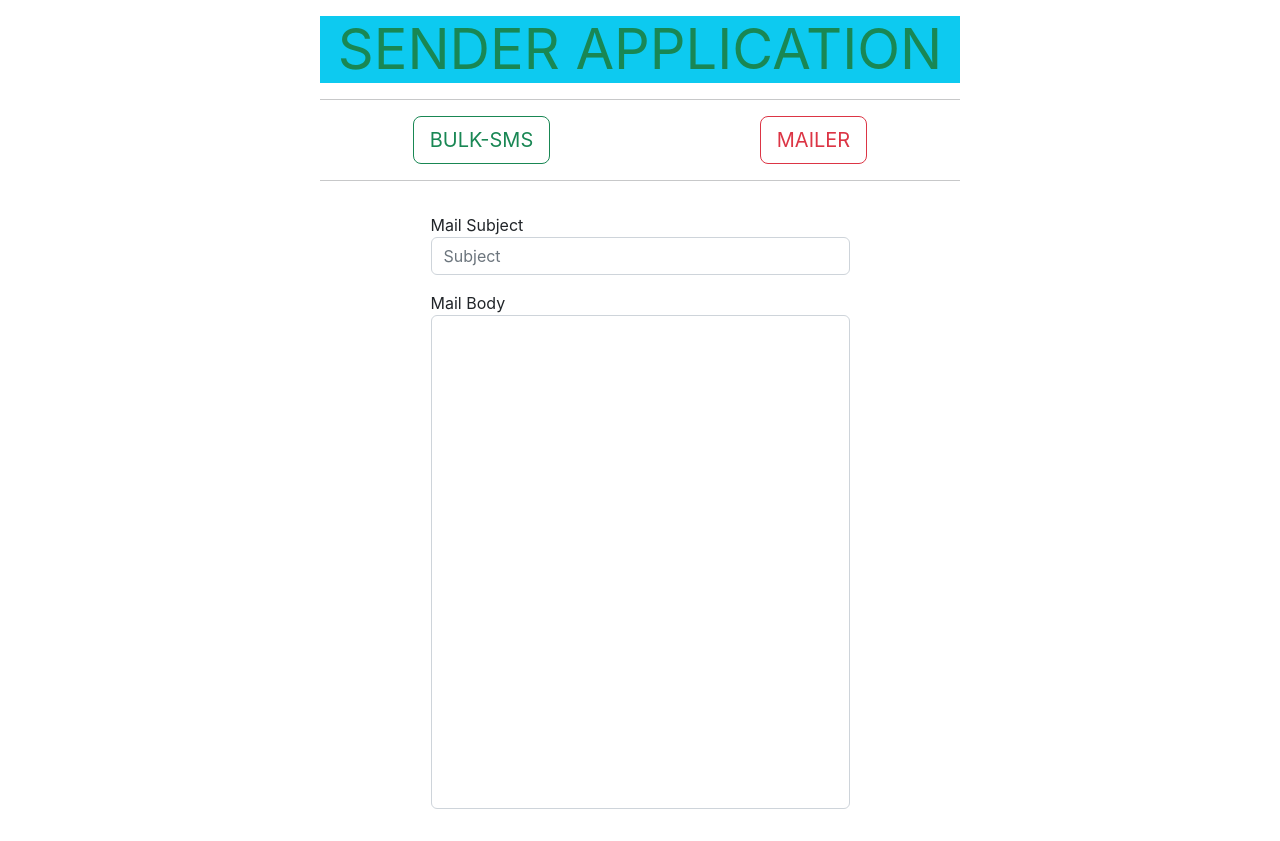
Repository: oluwaseyi9325/react-redux
Page: /
An editor plug-in stored every save of this project. The page is shown before and after the next save, followed by the edit.
The browser window is 1280 px wide. The pictures show the whole page.
The project was rebuilt for these pictures with package versions that can differ from the ones it lists, and the page was loaded fresh each time. Also part of the build but not shown: src/Pages/NotFond.tsx.

Above is the page before, as saved 2023-04-18 17:26:18.

After the next save:
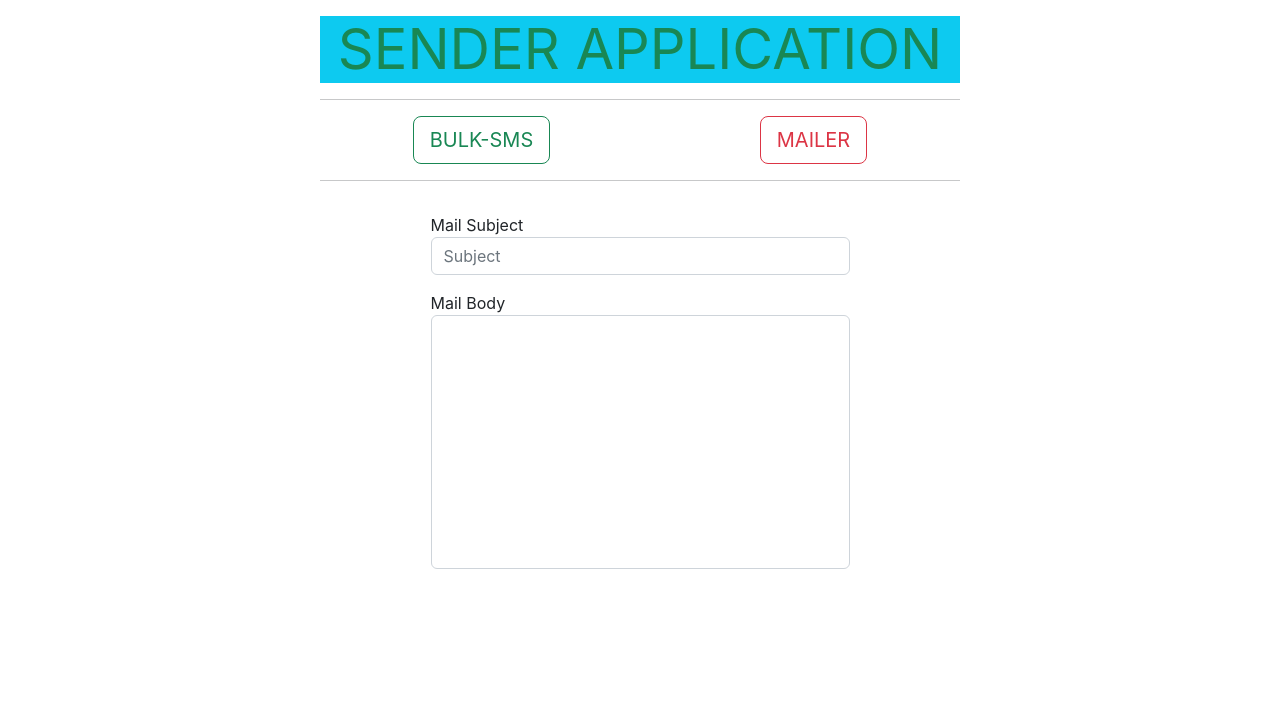
Saved 4 s later.
--- a/src/Pages/Mailer.tsx
+++ b/src/Pages/Mailer.tsx
@@ -17,7 +17,7 @@ const Mailer = () => {
                     </div>
                     <div className='my-3'>
                     <label>Mail Body</label>
-                        <textarea rows={20} style={{resize:"none"}} className='form-control'>
+                        <textarea rows={10} style={{resize:"none"}} className='form-control'>
 
                         </textarea>
                     </div>
